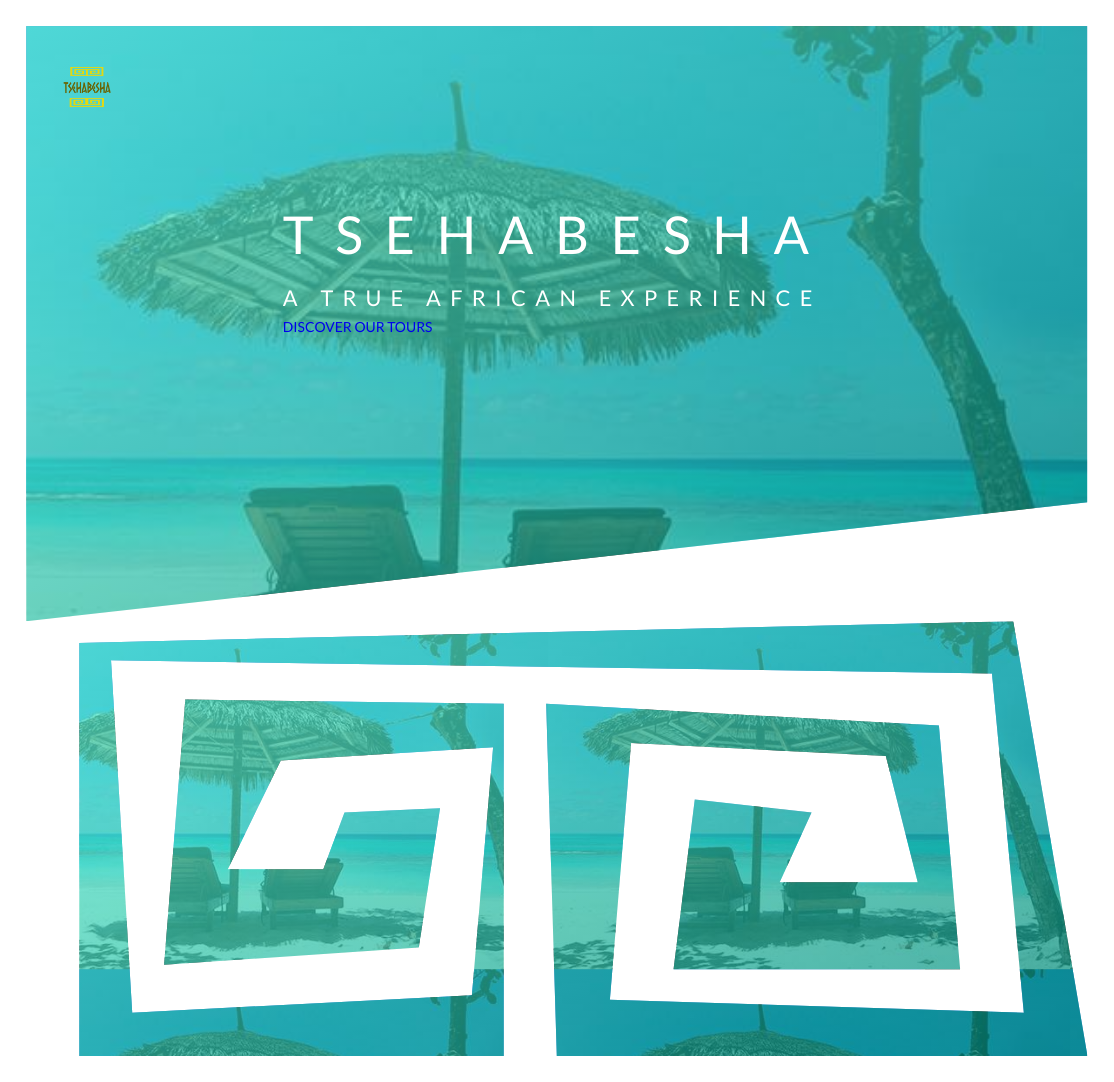
Repository: Azariagmt/tour-and-travel
Page: index.html
The author's editor kept a copy of each file at every save. The page is drawn from the files as they stood at one save, then again after a run of saves.
The browser window is 1280 px wide. The pictures show the whole page, at 87% of full size.

Above is the page before, as saved 2020-03-24 23:44:06.

After the next 5 saves:
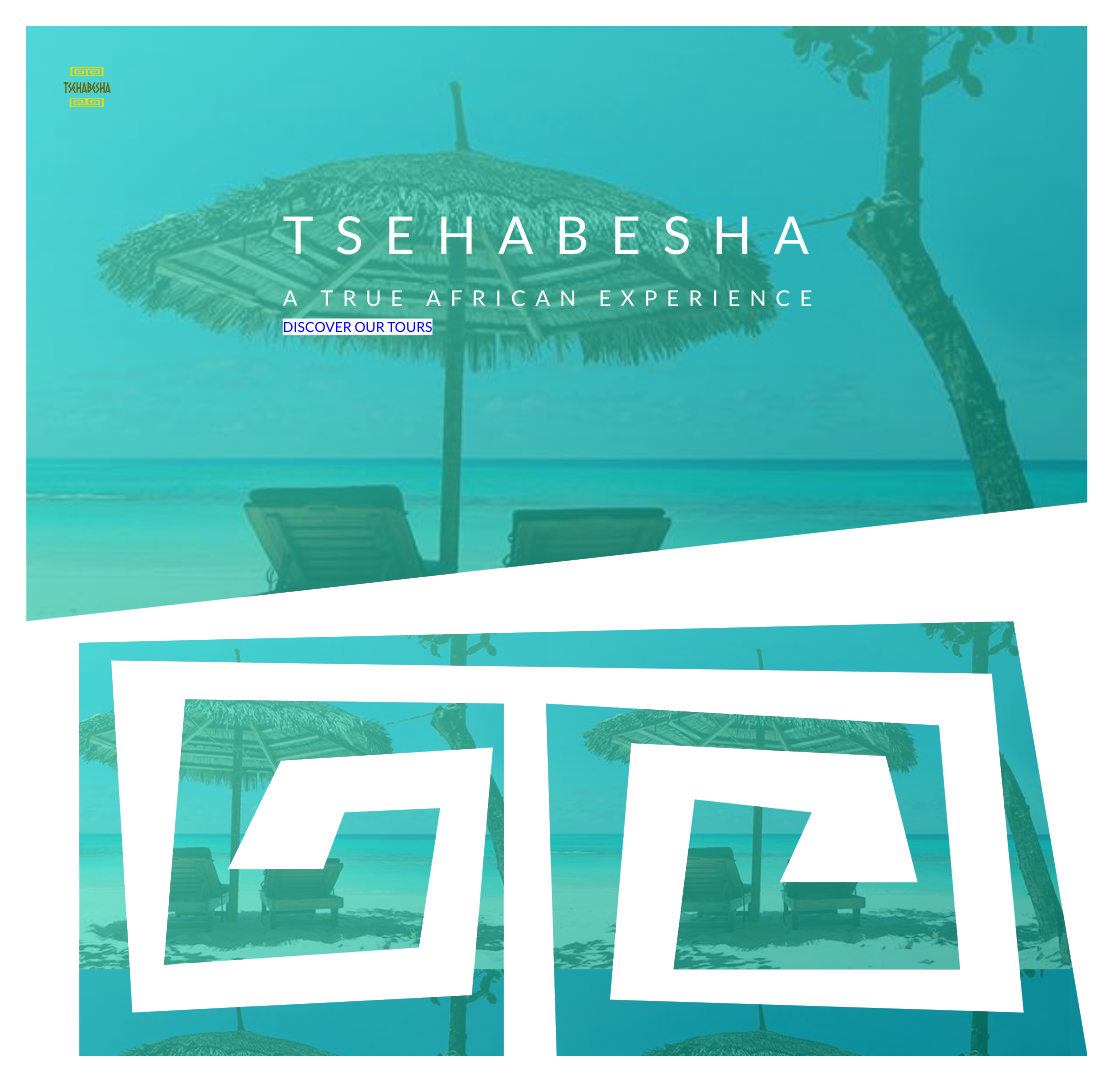
The 5 saves are shown as one change because they came seconds apart.
The last was saved 14 s later.
--- a/css/style.css
+++ b/css/style.css
@@ -99,7 +99,8 @@ transform: translateX(-100px);
 }
 
 .btn-white{
-
+  background-color: white;
+  co
 }
 
 .logo-clip{
